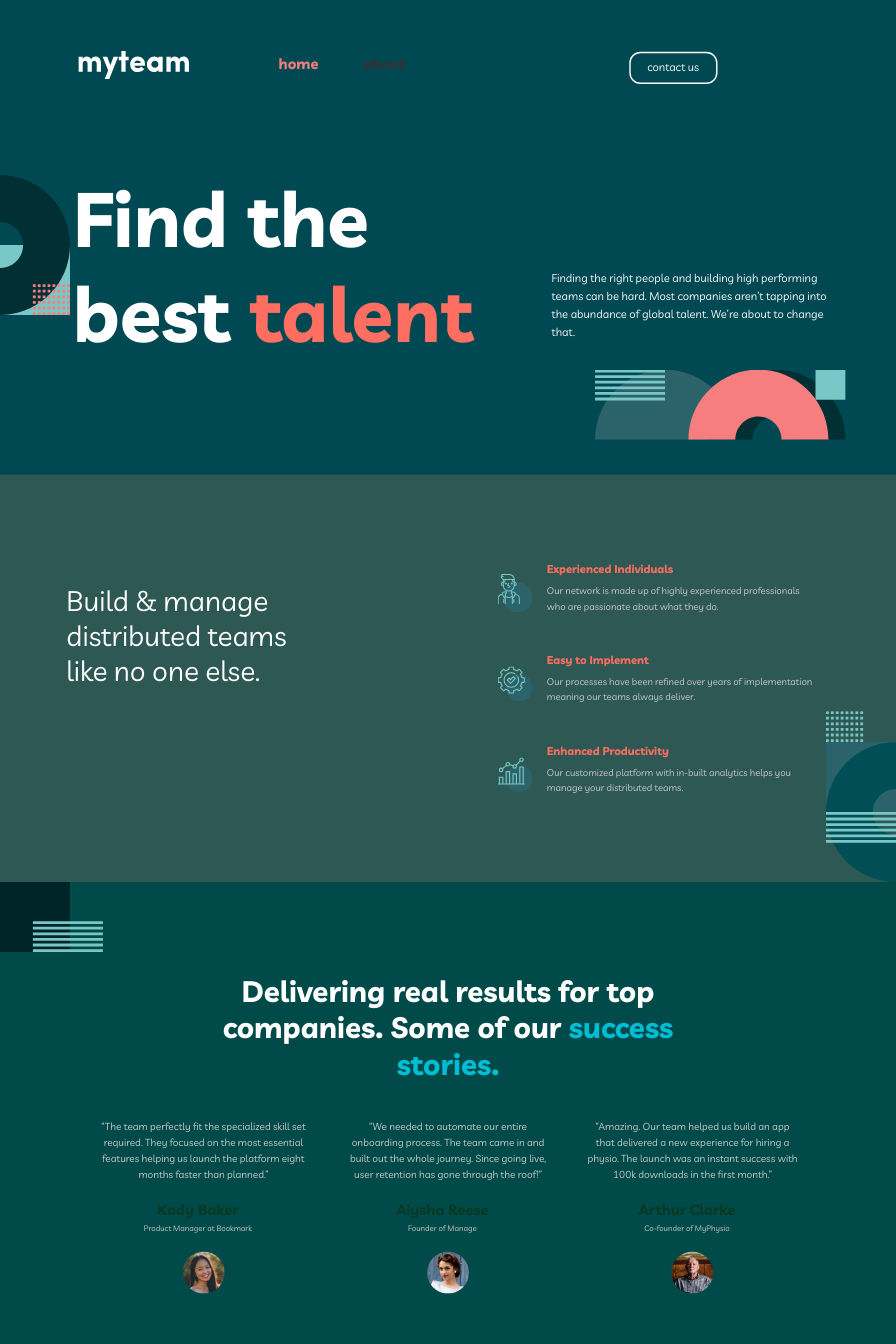
Repository: Gabriel221-dev/Project-page-main
Page: /
The author's editor kept a copy of each file at every save. The page is drawn from the files as they stood at one save, then again after the next save.
The browser window is 1280 px wide. The pictures show the part of the page from y = 0 to 1920 px (the page is 2612 px tall), at 70% of full size.
The project was rebuilt for these pictures with package versions that can differ from the ones it lists, and the page was loaded fresh each time. Also part of the build but not shown: vite.config.js, src/pages/About.css, src/components/DirectorCard.css, src/components/DirectorCard.jsx, src/pages/About.jsx, src/pages/Contact.css, src/pages/Contact.jsx.

Above is the page before, as saved 2024-07-23 18:30:35.

After the next save:
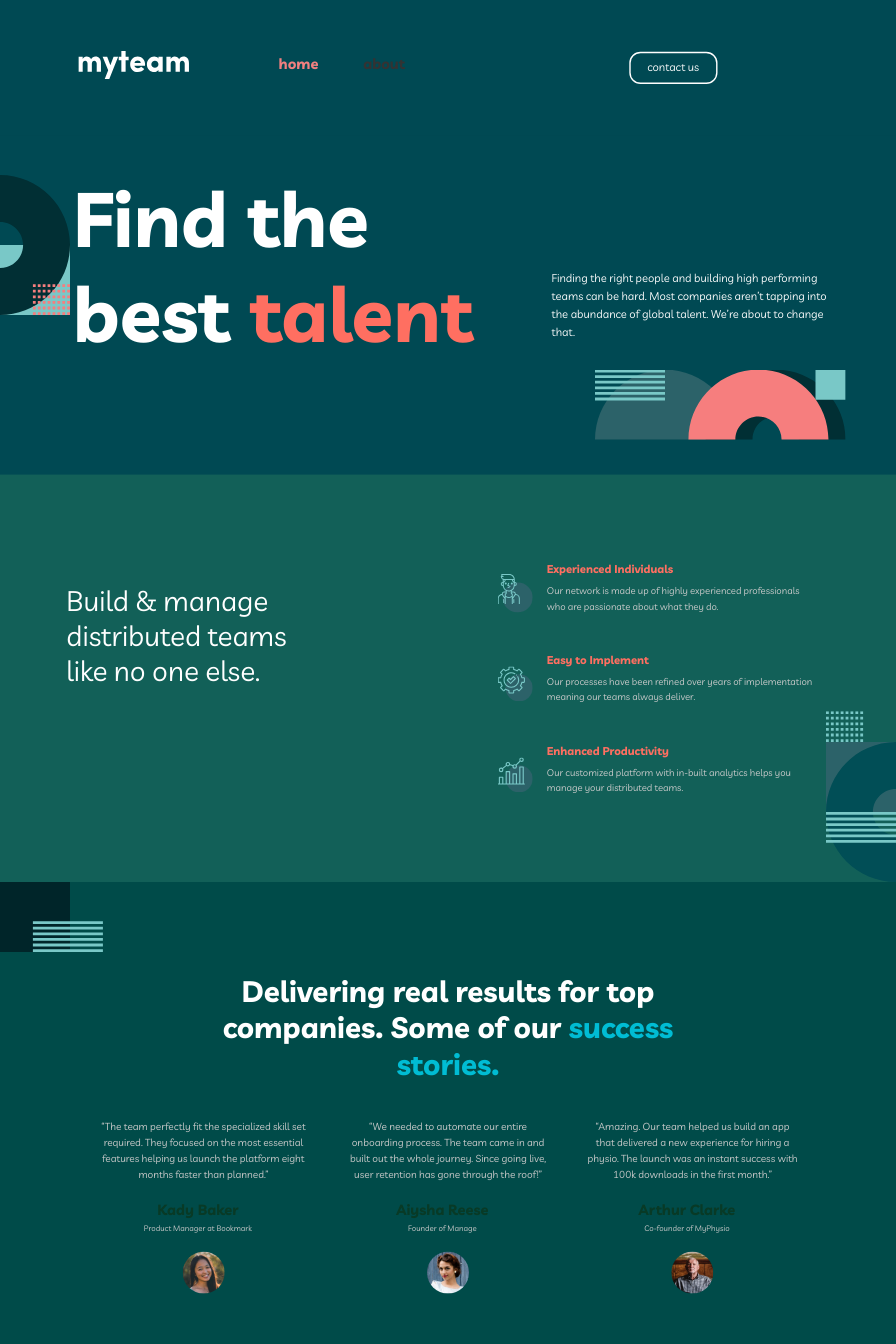
Saved 11 s later.
--- a/src/pages/Home.css
+++ b/src/pages/Home.css
@@ -86,7 +86,7 @@
   }
 
   .build {
-    background-color: #2d5854;
+    background-color: #126058;
     padding: 50px 0;
     display: flex;
     height: 100%;
